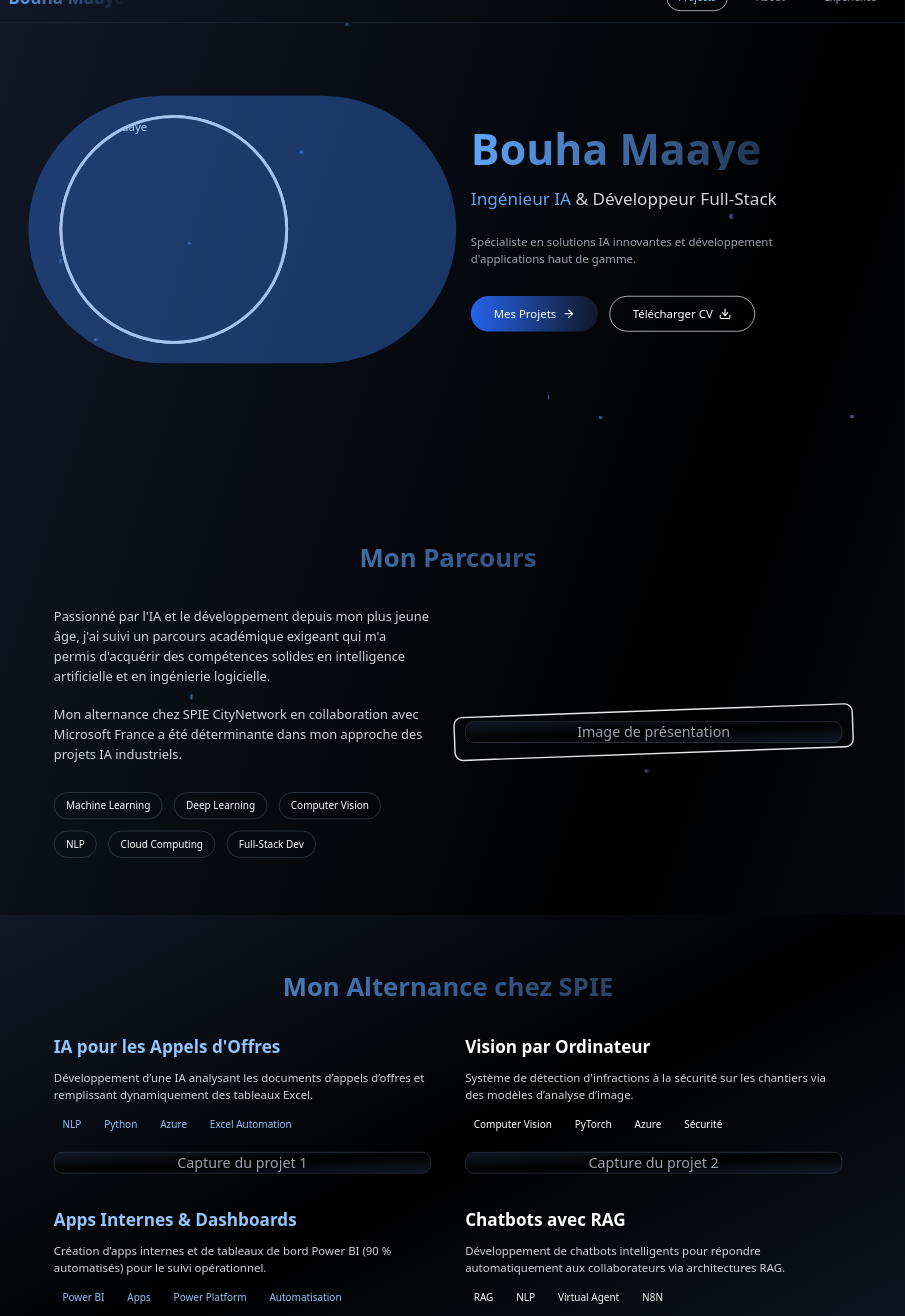
Repository: BouhaMaaye/portfolio
Page: /
The author's editor kept a copy of each file at every save. The page is drawn from the files as they stood at one save, then again after the next save.
The browser window is 1280 px wide. The page is 1293 px wide, so the pictures cover 1293 px, including what lies to the right of the window. The pictures show the part of the page from y = 0 to 1880 px (the page is 3974 px tall before and 4075 px after), at 70% of full size.
The project was rebuilt for these pictures with package versions that can differ from the ones it lists, and the page was loaded fresh each time.

Above is the page before, as saved 2025-05-05 11:54:21.
Not found: your-profile-photo.jpg

After the next save:
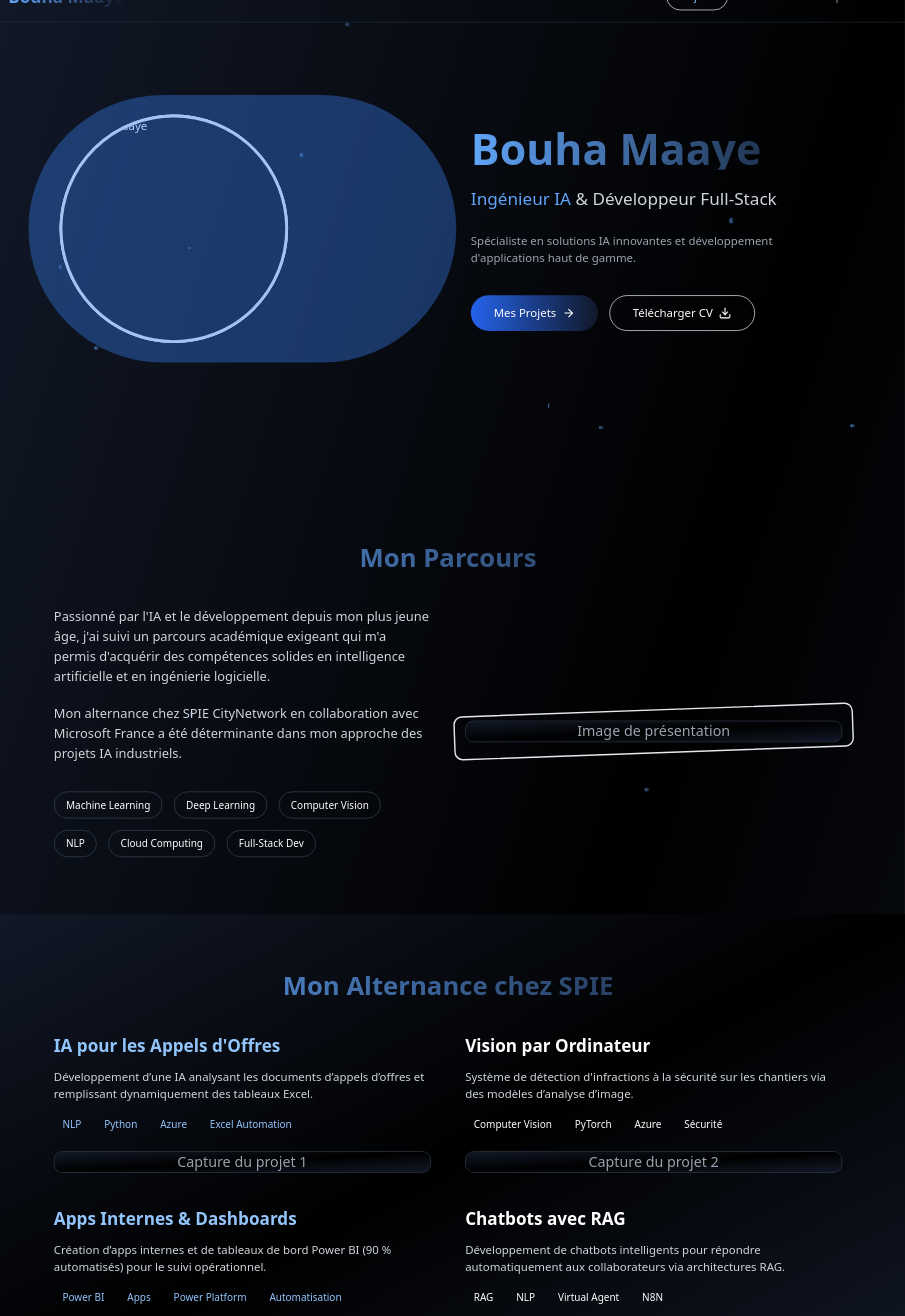
Saved 2 min 3 s later.
--- a/src/App.js
+++ b/src/App.js
@@ -456,8 +456,13 @@ function App() {
         },
         {
           category: "ML & IA",
-          items: ["Scikit-learn", "TensorFlow", "PyTorch"]
-        },
+          items: [
+            "Scikit-learn", "TensorFlow", "PyTorch",
+            "Régression", "SVM", "Random Forest", "XGBoost",
+            "KNN", "PCA", "CNN", "LSTM", "Auto-encoder", "Transformers"
+          ]
+        },
+
         {
           category: "Web & Mobile",
           items: ["Vue.js", "Node.js", "Flutter", "Firebase", "Socket.IO"]
